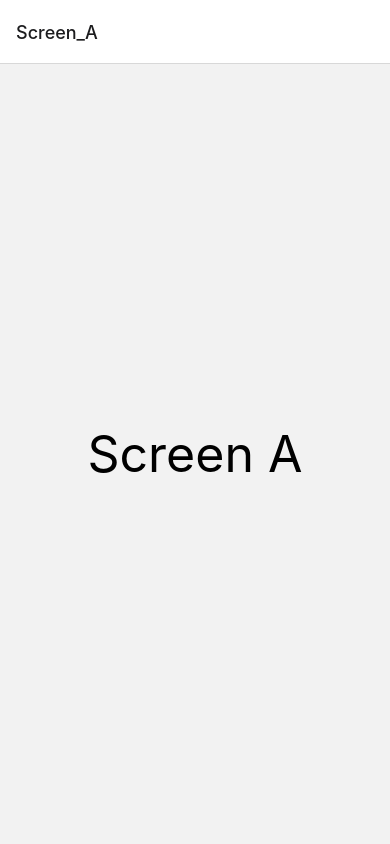
Repository: ntu34543/Navigation
Screen: /
These files come from the project's save history. The screen is drawn as it stood at one moment and after a run of saves; the edit follows.
The app was drawn by React Native's web renderer in a window 390 px wide. The project was rebuilt for these pictures with package versions that can differ from the ones it lists, and the page was loaded fresh each time.

Above is the screen before, as saved 2022-09-18 16:51:15.

### App.js
import { StatusBar } from 'expo-status-bar';
import { StyleSheet, Text, View } from 'react-native';
import { NavigationContainer } from '@react-navigation/native';
import { createStackNavigator } from '@react-navigation/stack';

const Stack = createStackNavigator();

function ScreenA(){
  return(
    <View style={styles.body}>
      <Text style={styles.text}>
        Screen A
      </Text>
    </View>
  )
}

export default function App() {
  return (
    <NavigationContainer>
      <Stack.Navigator>
        <Stack.Screen
        name="Screen_A"
        component={ ScreenA }
        />
      </Stack.Navigator>
    </NavigationContainer>
  )
}

const styles = StyleSheet.create({
  body: {
    flex: 1,
    justifyContent: 'center',
    alignItems: 'center',
  },
  text: {
    fontSize: 50,

  }
})

After the next 3 saves:
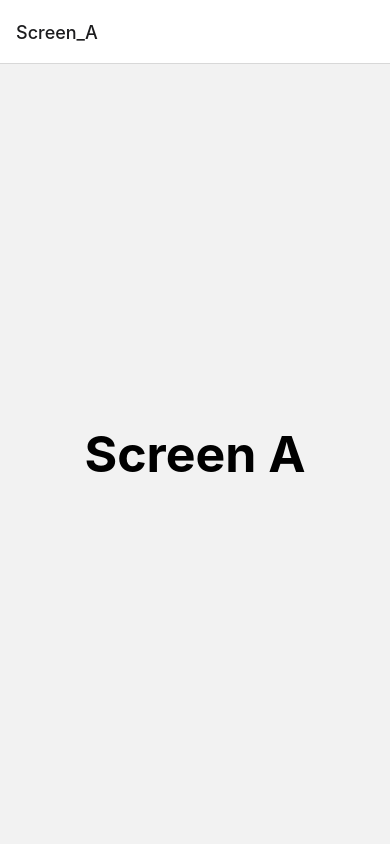
The 3 saves are shown as one change because they came seconds apart.
The last was saved 9 s later.
--- a/App.js
+++ b/App.js
@@ -36,6 +36,6 @@ const styles = StyleSheet.create({
   },
   text: {
     fontSize: 50,
-
+    fontWeight: 'bold',
   }
 })
